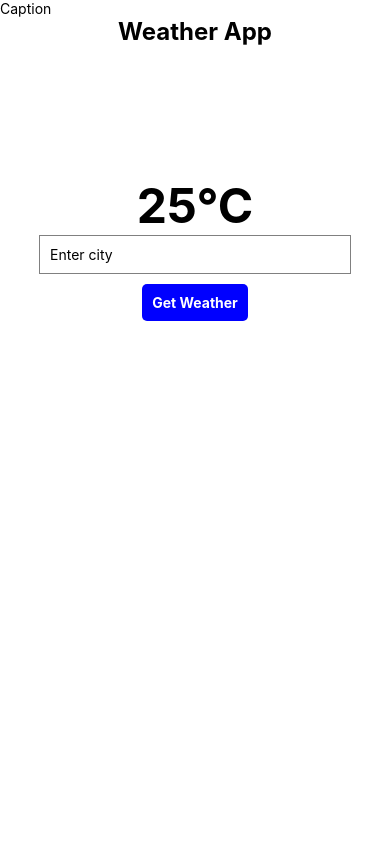
Repository: vanh1604/ExerciseReactNative
Screen: /
These files come from the project's save history. The screen is drawn as it stood at one moment and after the next save; the edit follows.
The app was drawn by React Native's web renderer in a window 390 px wide. The project was rebuilt for these pictures with package versions that can differ from the ones it lists, and the page was loaded fresh each time. Also part of the build but not shown: components/LessonDesign.js.

Above is the screen before, as saved 2023-08-27 15:19:27.

After the next save:
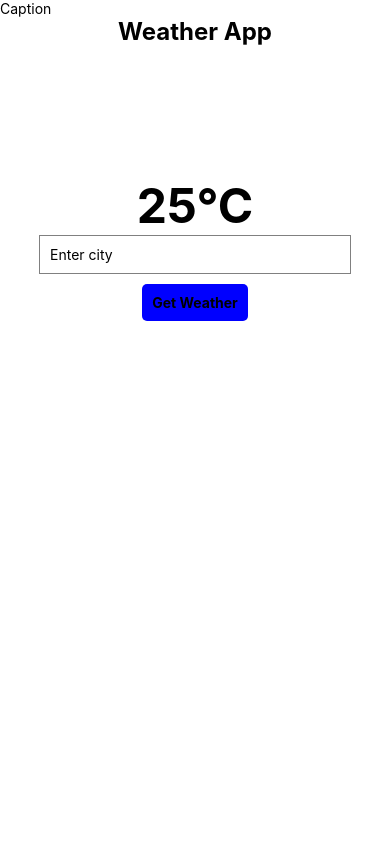
Saved 2 min 21 s later.
--- a/components/WeatherApp.js
+++ b/components/WeatherApp.js
@@ -58,7 +58,7 @@ const styles = StyleSheet.create({
     borderRadius: 5,
   },
   buttonText: {
-    color: "white",
+    color: "black",
     fontWeight: "bold",
   },
 });
